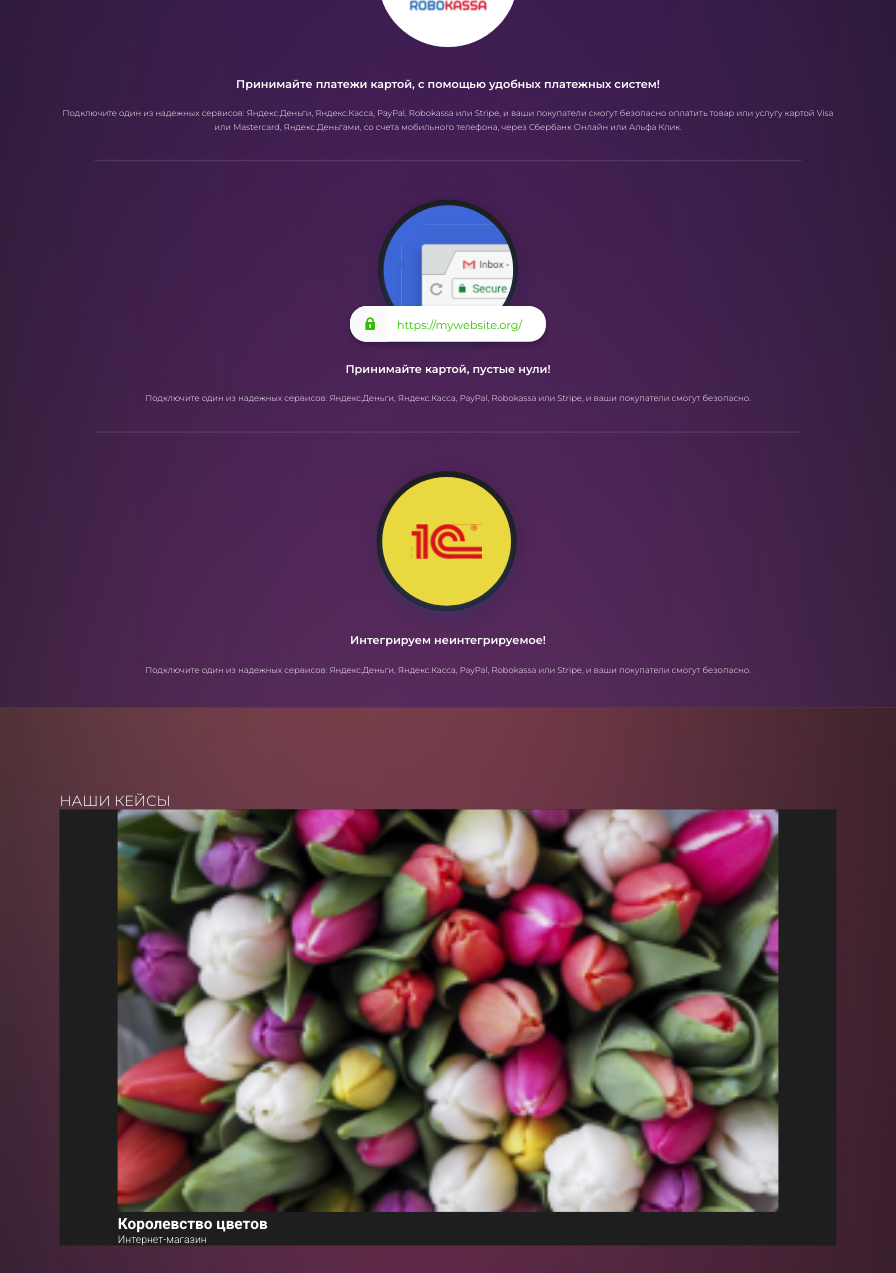
Repository: Gabi0605/my-tests
Page: web_alternative/index.html
These files come from the project's save history. The page is drawn as it stood at one moment and after a run of saves; the edit follows.
The browser window is 1280 px wide. The pictures show the part of the page from y = 1846 to 3766 px (the page is 3665 px tall before and 3766 px after), at 70% of full size.
The style sheet was rebuilt from its Sass, Less or Tailwind sources for each picture, by a compiler version that may differ from the author's.

Above is the page before, as saved 2020-01-19 21:35:50.

### web_alternative/index.html
<!DOCTYPE html>
<html lang="ru">
<head>
    <meta charset="UTF-8">
    <meta name="viewport" content="width=device-width, initial-scale=1.0">
    <meta http-equiv="X-UA-Compatible" content="ie=edge">
    <title>WEB ALTERNATIVE</title>
    <link href="https://fonts.googleapis.com/css?family=Montserrat:300,400,600|Roboto:300,700&display=swap" rel="stylesheet">
    <link rel="stylesheet" href="css/bootstrap-grid.min.css">
    <link rel="stylesheet" href="css/style.css">
</head>
<body>
    <header>
        <div class="container">
            <div class="row">
                <div class="col-4">
                    <div class="logo">
                        <img src="img/svg/logo.svg" alt="">
                    </div>
                </div>
                <div class="col-2 offset-5">
                    <div class="burger">
                        <div class="rect"></div>
                        <div class="rect"></div>
                        <div class="rect"></div>
                    </div>
                </div>
            </div>
        </div>
    </header>
    <div class="call">
        <div class="container">
            <div class="e-commerce">
                <img src="img/svg/shopping-cart.svg" alt=""> E-commerce
            </div>
            <h2>
                Интернет-магазин принесет вам максимум прибыли!
            </h2>
            <div class="row">
                <div class="col-8 offset-2">
                    <img src="img/phone.png" alt="">
                </div>
            </div>
            <button>
                Заказать звонок
            </button>
            <p>Ответим на любой вопрос</p>
        </div>
    </div>
    <div class="work">
        <div class="container">
            <div class="row">
                <div class="col-10 offset-1">
                    <h2>Как мы работаем над вашим проектом</h2>
                </div>
            </div>
            <div class="items">
                <div class="item item-active">
                    <div class="row">
                        <div class="col-2 item__number">01</div>
                        <div class="col-8 item__p">
                            <p>Анализ целевой аудитории</p>
                        </div>
                        <div class="col-2 item__btn">
                            <button><img src="img/arrow-down.png" alt=""></button>
                        </div>
                    </div>
                </div>
                <div class="item">
                    <div class="row">
                        <div class="col-2 item__number">02</div>
                        <div class="col-8 item__p">
                            <p>Подготовка ТЗ</p>
                        </div>
                        <div class="col-2 item__btn">
                            <button><img src="img/arrow-down.png" alt=""></button>
                        </div>
                    </div>
                </div>
                <div class="item">
                    <div class="row">
                        <div class="col-2 item__number">03</div>
                        <div class="col-8 item__p">
                            <p>Подписание договора и оплата</p>
                        </div>
                        <div class="col-2 item__btn">
                            <button><img src="img/arrow-down.png" alt=""></button>
                        </div>
                    </div>
                </div>
                <div class="item">
                    <div class="row">
                        <div class="col-2 item__number">04</div>
                        <div class="col-8 item__p">
                            <p>Разработка сайта интернет-магазина</p>
                        </div>
                        <div class="col-2 item__btn">
                            <button><img src="img/arrow-down.png" alt=""></button>
                        </div>
                    </div>
                </div>
                <div class="item">
                    <div class="row">
                        <div class="col-2 item__number">05</div>
                        <div class="col-8 item__p">
                            <p>Настройка и наполнение интернет-магазина</p>
                        </div>
                        <div class="col-2 item__btn">
                            <button><img src="img/arrow-down.png" alt=""></button>
                        </div>
                    </div>
                </div>
                <div class="item">
                    <div class="row">
                        <div class="col-2 item__number">06</div>
                        <div class="col-8 item__p">
                            <p>Привлечение покупателей</p>
                        </div>
                        <div class="col-2 item__btn">
                            <button><img src="img/arrow-down.png" alt=""></button>
                        </div>
                    </div>
                </div>
            </div>
        </div>
    </div>
    <div class="pay">
        <div class="container">
            <div class="row">
                <div class="col-12">
                    <div class="pay__circle pay__circle">
                        <img src="img/svg/yandex.svg" alt="">
                        <img src="img/svg/sber.svg" alt="">
                        <img src="img/svg/robokassa.svg" alt="">
                    </div>
                </div>
                <div class="col-12">
                    <h2>Принимайте платежи картой,
                        с помощью удобных
                        платежных систем!</h2>
                    <p class="line">Подключите один из надежных сервисов: Яндекс.Деньги, Яндекс.Касса, PayPal, Robokassa или Stripe, и ваши покупатели смогут безопасно оплатить товар или услугу картой Visa или Mastercard, Яндекс.Деньгами, со счета мобильного телефона, через Сбербанк Онлайн или Альфа Клик.</p>
                </div>
                <div class="col-12">
                    <div class="pay__img">
                        <img src="img/svg/website.svg" alt="" class="hun">
                    </div>
                    <h2>Принимайте картой, пустые нули!</h2>
                    <p class="line">Подключите один из надежных сервисов: Яндекс.Деньги, Яндекс.Касса, PayPal, Robokassa или Stripe, и ваши покупатели смогут безопасно.</p>
                </div>
                <div class="col-12">
                    <div class="pay__img">
                        <img src="img/svg/1c.svg" alt="" class="hun">
                    </div>
                    <h2>Интегрируем неинтегрируемое!</h2>
                    <p>Подключите один из надежных сервисов: Яндекс.Деньги, Яндекс.Касса, PayPal, Robokassa или Stripe, и ваши покупатели смогут безопасно.</p>
                </div>
            </div>
        </div>
    </div>
    <div class="cases">
        <div class="container">
            <div class="row">
                <div class="col-12">
                    <h2>Наши кейсы</h2>
                    <div class="case">
                        <div class="case__img">
                            <img src="img/flower.png" alt="">
                            <h3>Королевство цветов</h3>
                            <p>Интернет-магазин</p>
                        </div>
                    </div>
                </div>
            </div>
        </div>
    </div>
</body>
</html>

### web_alternative/less/style.less
*{
    margin: 0;
    padding: 0;
    box-sizing: border-box;
}
.montserrat{
    font-family: 'Montserrat', sans-serif;
}
.roboto{
    font-family: 'Roboto', sans-serif;
}
p{
    .montserrat;
    font-size: 12px;
    line-height: 15px;
}
@background: #171718;
@gray: #202020;
@burger: #292929;
@orange: #FF834E;
@darkorange: #DE774B;
body{
    .montserrat
}
img{
    max-width: 100%;
}
button{
    background: none;
    border: none;
    cursor: pointer;
    &:focus{
        outline: none;
    }
}

header{
    background: @gray;
    padding: 13px 0;
    .burger{
        background: @burger;
        border-radius: 50%;
        box-shadow: 0 0 10px rgba(0, 0, 0, 0.5);
        min-width: 35px;
        min-height: 35px;
        display: flex;
        flex-direction: column;
        justify-content: center;
        align-items: center;
        .rect{
            min-width: 17px;
            max-width: 50%;
            height: 1px;
            background: #fff;
            margin-bottom: 2px;
        }
    }
}
.call{
    background: @background;
    background-image: url(../img/mobile-background-block-one.png);
    background-size: cover;
    padding: 29px 0 15px;
    .e-commerce{
        color: @orange;
        font-weight: 600;
        font-size: 12px;
        line-height: 15px;
    }
    h2{
        color: #fff;
        font-weight: 600;
        font-size: 21px;
        line-height: 28px;
        padding: 10px 0 24px;
    }
    button{
        background: @orange;
        color: #fff;
        font-weight: 400;
        font-size: 16px;
        line-height: 20px;
        padding: 15px;
        border: none;
        width: 100%;
        text-align: left;
        position: relative;
        &::after{
            content: "";
            position: absolute;
            top: 0;
            bottom: 0;
            right: 0;
            width: 50px;
            background: @darkorange;
            background-image: url(../img/svg/Union.svg);
            background-repeat: no-repeat;
            background-position: center;
        }
    }
    p{
        font-weight: 300;
        font-size: 12px;
        line-height: 15px;
        color: #fff;
        text-align: center;
        padding-top: 10px;
    }
}
.work{
    padding: 40px 0 30px;
    h2{
        font-size: 14px;
        line-height: 17px;
        font-weight: 300;
        text-transform: uppercase;
        text-align: center;
        padding-bottom: 30px;
    }
    .items{
        position: relative;
        &::before{
            content: '';
            background: url(../img/svg/Vector.svg);
            position: absolute;
            top: 21px;
            bottom: 15px;
            left: -12px;
            width: 6px;
        }
    }
    .item{
        border-bottom: 1px solid rgba(0, 0, 0, 0.1);
        padding: 14px 0;
        &:last-child{
            border-bottom: none;
        }
        &__number{
            font-size: 32px;
            line-height: 39px;
            font-weight: 600;
        }
        &__p{
            text-transform: uppercase;
            font-size: 12px;
            line-height: 15px;
            font-weight: 600;
            display: flex;
            align-items: center;
        }
        &__btn{
            text-align: right;
            display: flex;
            align-items: center;
        }
        &-active{
            .item__number{
                color: @orange;
            }
            .item__p{
                text-transform: capitalize;
            }
        }
    }
}
.pay{
    background-color: @background;
    background-image: url(../img/mobile-background-block-two.png);
    background-position: center;
    background-repeat: no-repeat;
    background-size: cover;
    padding: 45px 0 5px;
    color: #fff;
    &__circle{
        width: 200px;
        height: 200px;
        background: #fff;
        border-radius: 50%;
        margin: 30px auto 40px;
        display: flex;
        flex-direction: column;
        align-items: center;
        justify-content: center;
        img{
            padding-bottom: 10px;
        }
    }
    &__img{
        text-align: center;
        padding-top: 40px;
    }
    h2{
        font-size: 16px;
        line-height: 25px;
        font-weight: 600;
        text-align: center;
    }
    p{
        font-size: 12px;
        line-height: 19px;
        font-weight: 300;
        text-align: center;
        padding: 20px 0 40px;
    }
    .line{
        position: relative;
        &::after{
            content: '';
            position: absolute;
            background: rgba(255, 255, 255, 0.1);
            height: 2px;
            bottom: 0;
            left: 50px;
            right: 50px;
        }
    }
}
.cases{
    background-color: @background;
    background-image: url(../img/mobile-background-block-three.png);
    background-position: center;
    background-repeat: no-repeat;
    background-size: cover;
    padding: 120px 0 40px;
    color: #fff;
    h2{
        text-transform: uppercase;
        font-size: 21px;
        line-height: 25px;
        font-weight: 300;
    }
    .case{
        background: #1E1E1F;
        &__img{
            width: 85%;
            margin: 0 auto;
            padding: 15-;
            img{
                width: 100%;
            }
        }
        h3{
            .roboto;
            font-size: 22px;
            line-height: 26px;
            font-weight: 700;
        }
        p{
            .roboto;
            font-size: 15px;
            line-height: 18px;
            font-weight: 300;
        }
    }
}

Loaded but not shown: web_alternative/css/bootstrap-grid.min.css (library)

After the next 4 saves:
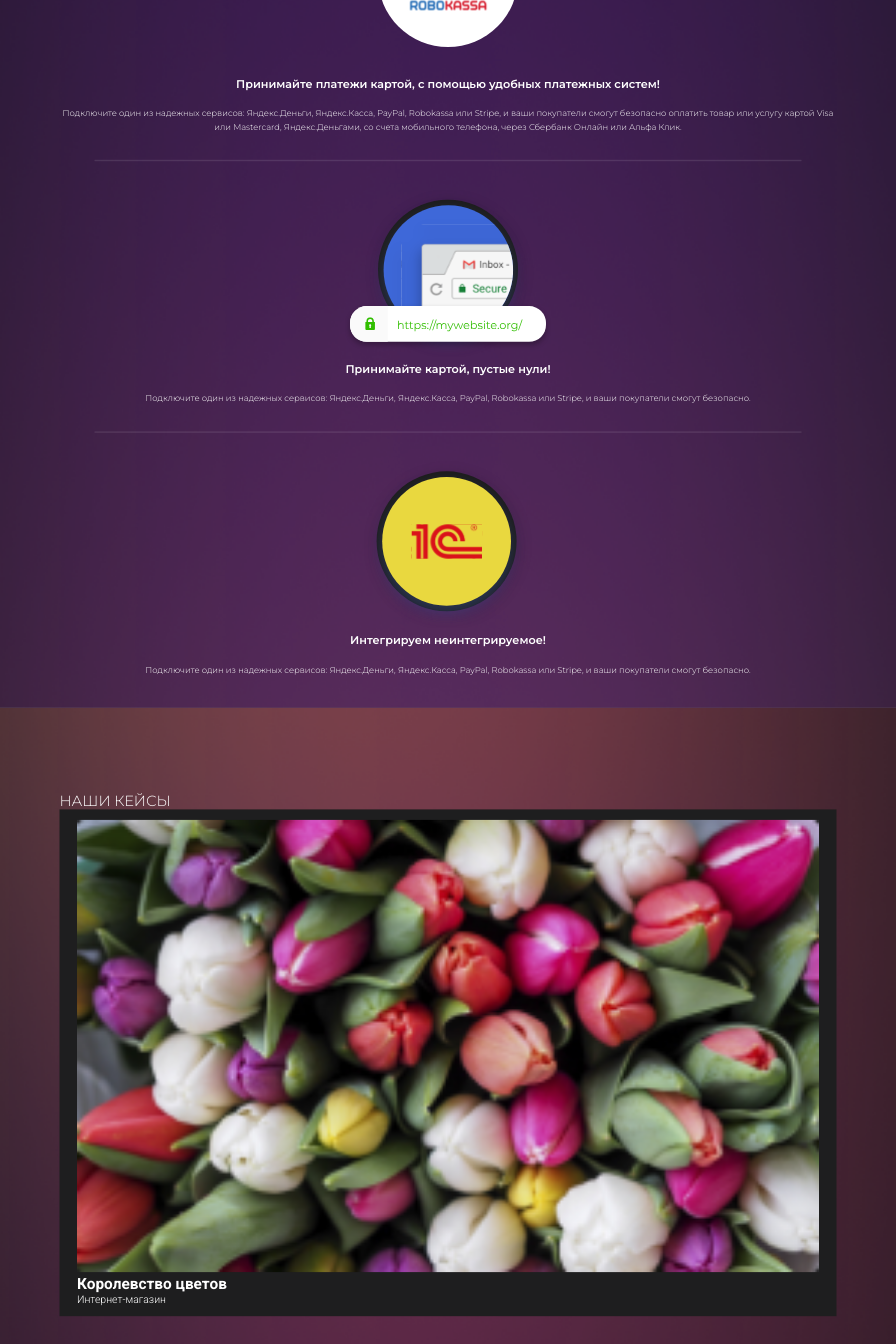
The 4 saves are shown as one change because they came seconds apart.
The last was saved 13 s later.
--- a/web_alternative/less/style.less
+++ b/web_alternative/less/style.less
@@ -232,9 +232,8 @@
     .case{
         background: #1E1E1F;
         &__img{
-            width: 85%;
             margin: 0 auto;
-            padding: 15-;
+            padding: 15px 25px;
             img{
                 width: 100%;
             }
